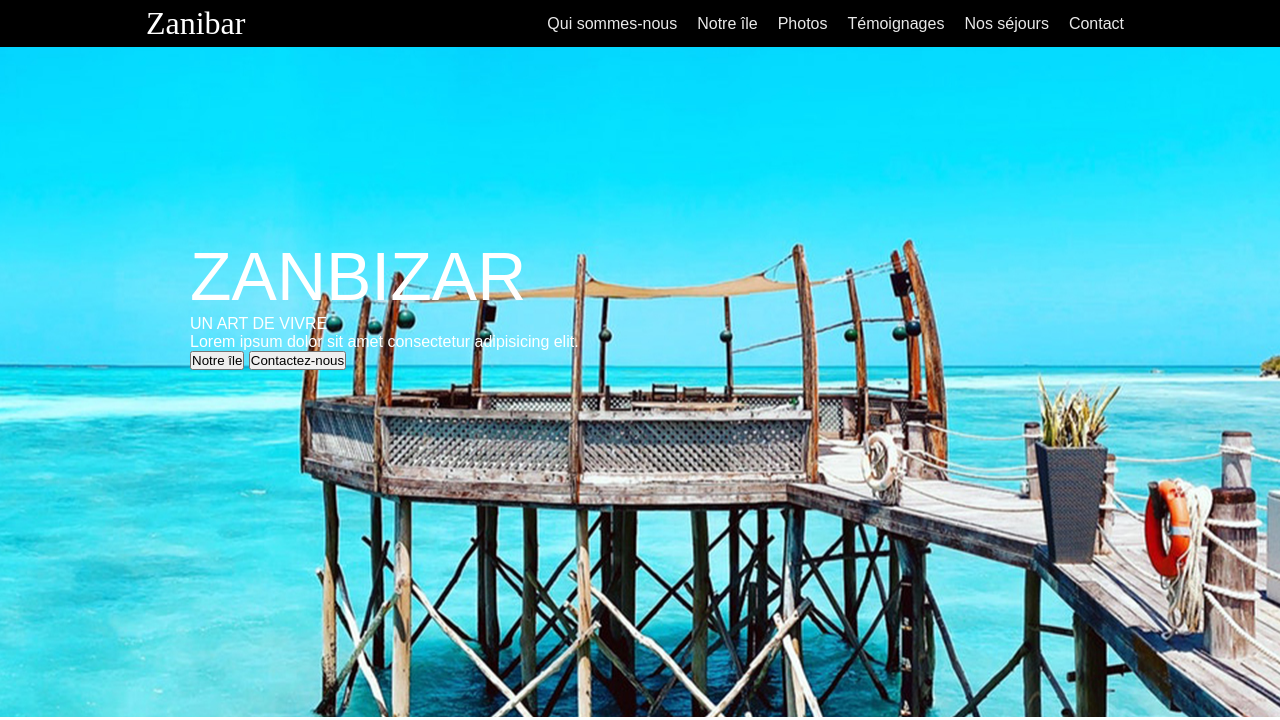
Repository: ypiard85/zanzibar
Page: index.html
The author's editor kept a copy of each file at every save. The page is drawn from the files as they stood at one save, then again after the next save.
The browser window is 1280 px wide. The pictures show the whole page.
Some web fonts or font styles are not loaded; a fallback is used.

Above is the page before, as saved 2021-02-23 14:55:11.

### index.html
<!DOCTYPE html>
<html lang="en">
<head>
    <meta charset="UTF-8">
    <meta http-equiv="X-UA-Compatible" content="IE=edge">
    <meta name="viewport" content="width=device-width, initial-scale=1.0">
    <link rel="stylesheet" href="font/font.css">
    <link rel="stylesheet" href="./style.css">
    <title>Document</title>
</head>
<body>
    <div class="wrapper">
        <header role="header">
            <nav class="nav">
                <div class="nav_left">
                    <a href="">
                        Zanibar
                    </a>
                </div>
                <ul class="nav_link">
                    <li><a href="">Qui sommes-nous</a></li>
                    <li><a href="">Notre île</a></li>
                    <li><a href="">Photos</a></li>
                    <li><a href="">Témoignages</a></li>
                    <li><a href="">Nos séjours</a></li>
                    <li><a href="">Contact</a></li>
                </ul>
            </nav>
        </header>
        <section class="image_thumbnail">
            <div class="content_thumbnail">
                <p class="titlte_first">ZANBIZAR</p>
                <p class="title_second">UN ART DE VIVRE</p>
                <p>Lorem ipsum dolor sit amet consectetur adipisicing elit.</p>
                <button>Notre île</button>
                <button>Contactez-nous</button>
            </div>
        </section>
    </div>
</body>
</html>

### font/font.css
/*! Generated by Font Squirrel (https://www.fontsquirrel.com) on June 4, 2019 */



@font-face {
    font-family: 'warnesregular';
    src: url('warnes-regular-webfont.eot');
    src: url('warnes-regular-webfont.eot?#iefix') format('embedded-opentype'),
         url('warnes-regular-webfont.woff2') format('woff2'),
         url('warnes-regular-webfont.woff') format('woff'),
         url('warnes-regular-webfont.ttf') format('truetype'),
         url('warnes-regular-webfont.svg#warnesregular') format('svg');
    font-weight: normal;
    font-style: normal;

}

### style.css
:root{
    --font-family-title: "warnesregular"
}

*{
    margin: 0;
    padding: 0;
    box-sizing: border-box;
    list-style: none;
    text-decoration: none;
    font-family: sans-serif;
}


.nav{
    background: black;
    display: flex;
    justify-content: space-around;
    align-items: center;
    padding: 5px 0;
}

.nav *{
    color: #fff;
}

.nav_left a{
    font-family: var(--font-family-title);
    font-size: 32px;
}

.nav_link{
    display: flex;
}

.nav_link li a{
    color: rgb(233, 233, 233);
    margin: 0 10px;

}

.image_thumbnail{
    background-image: url('./header.jpg');
    background-repeat: no-repeat;
    background-position: center right;
    height: 93vh;
}

.content_thumbnail{
    padding: 190px;
    color: #fff;
}

.content_thumbnail .titlte_first{
    font-size: 68px;
}

After the next save:
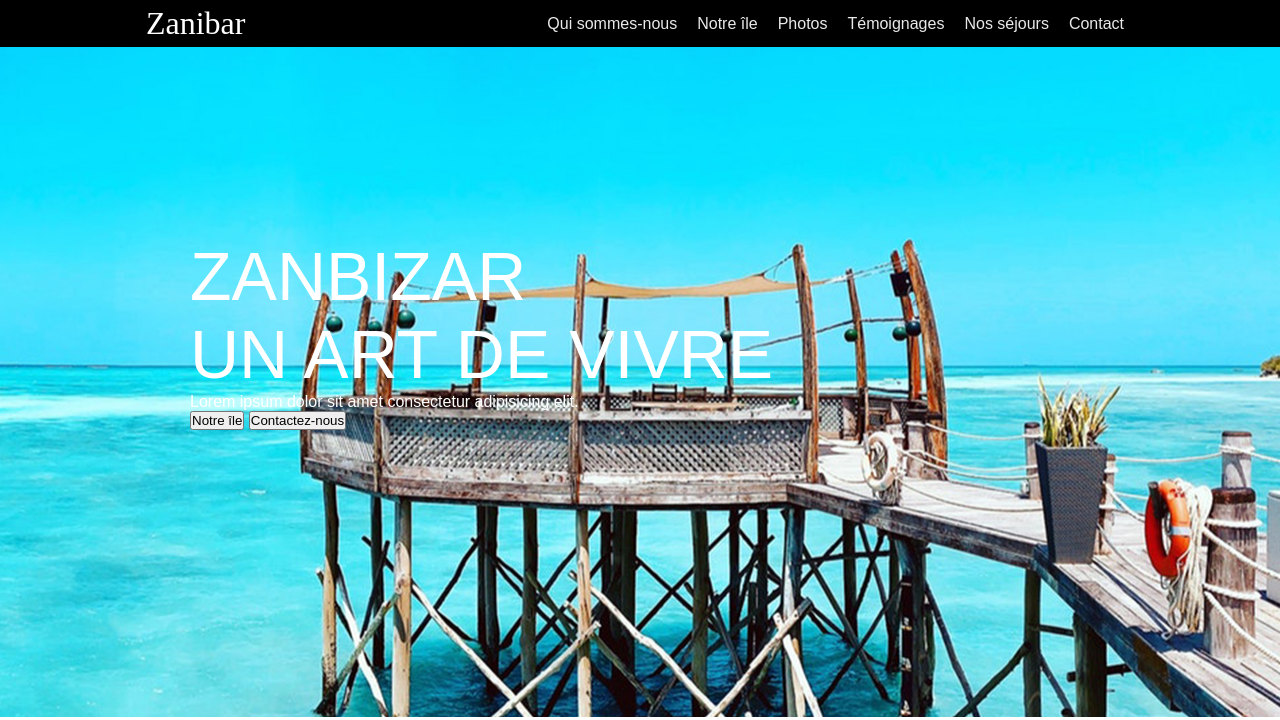
Saved 27 s later.
--- a/style.css
+++ b/style.css
@@ -54,3 +54,7 @@
 .content_thumbnail .titlte_first{
     font-size: 68px;
 }
+
+.content_thumbnail .title_second{
+    font-size: 68px;
+}
